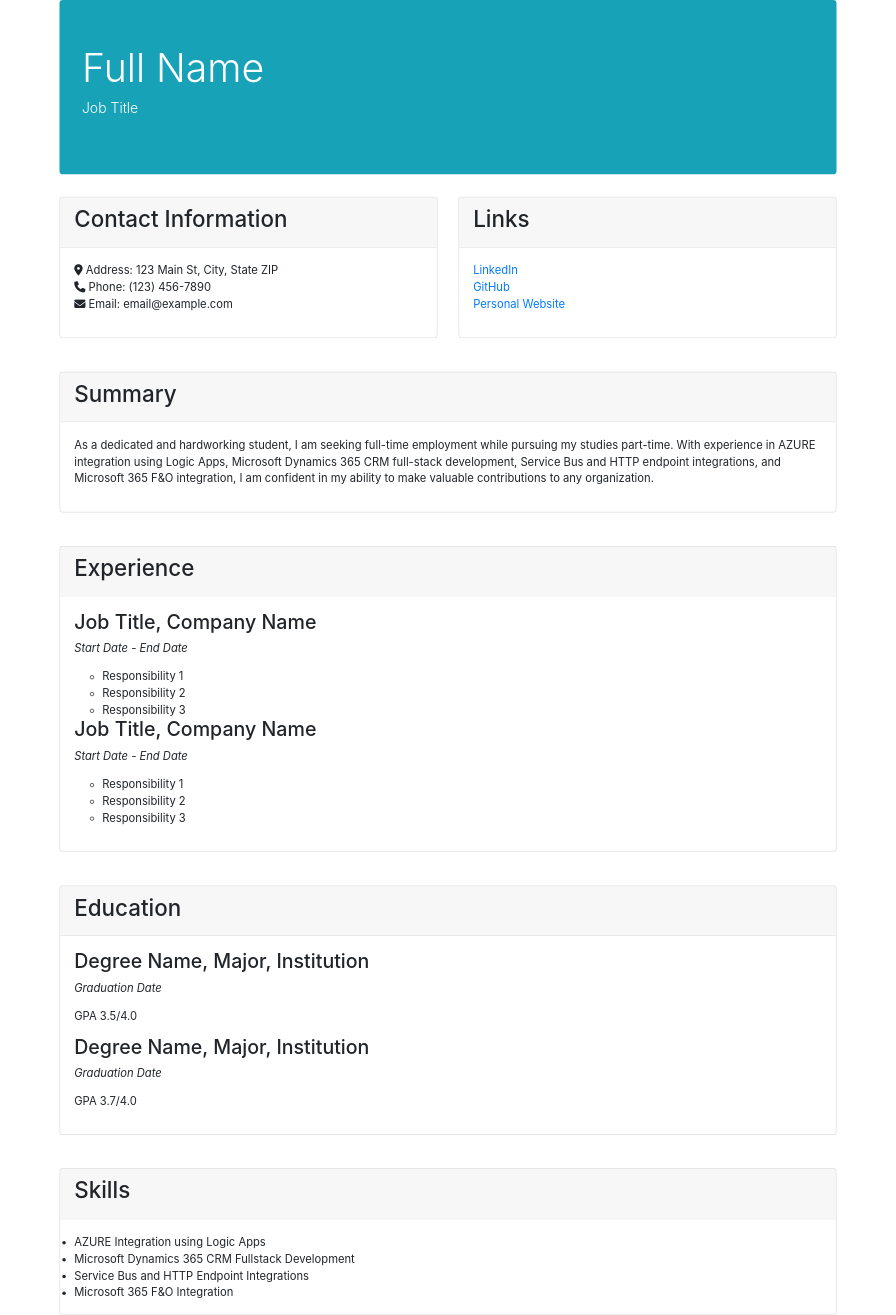
Repository: Git-it-right/Centrality
Page: cv.html
These files come from the project's save history. The page is drawn as it stood at one moment and after the next save; the edit follows.
The browser window is 1280 px wide. The pictures show the whole page, at 70% of full size.
Some web libraries are served in a nearby version.

Above is the page before, as saved 2023-04-17 11:43:53.

After the next save:
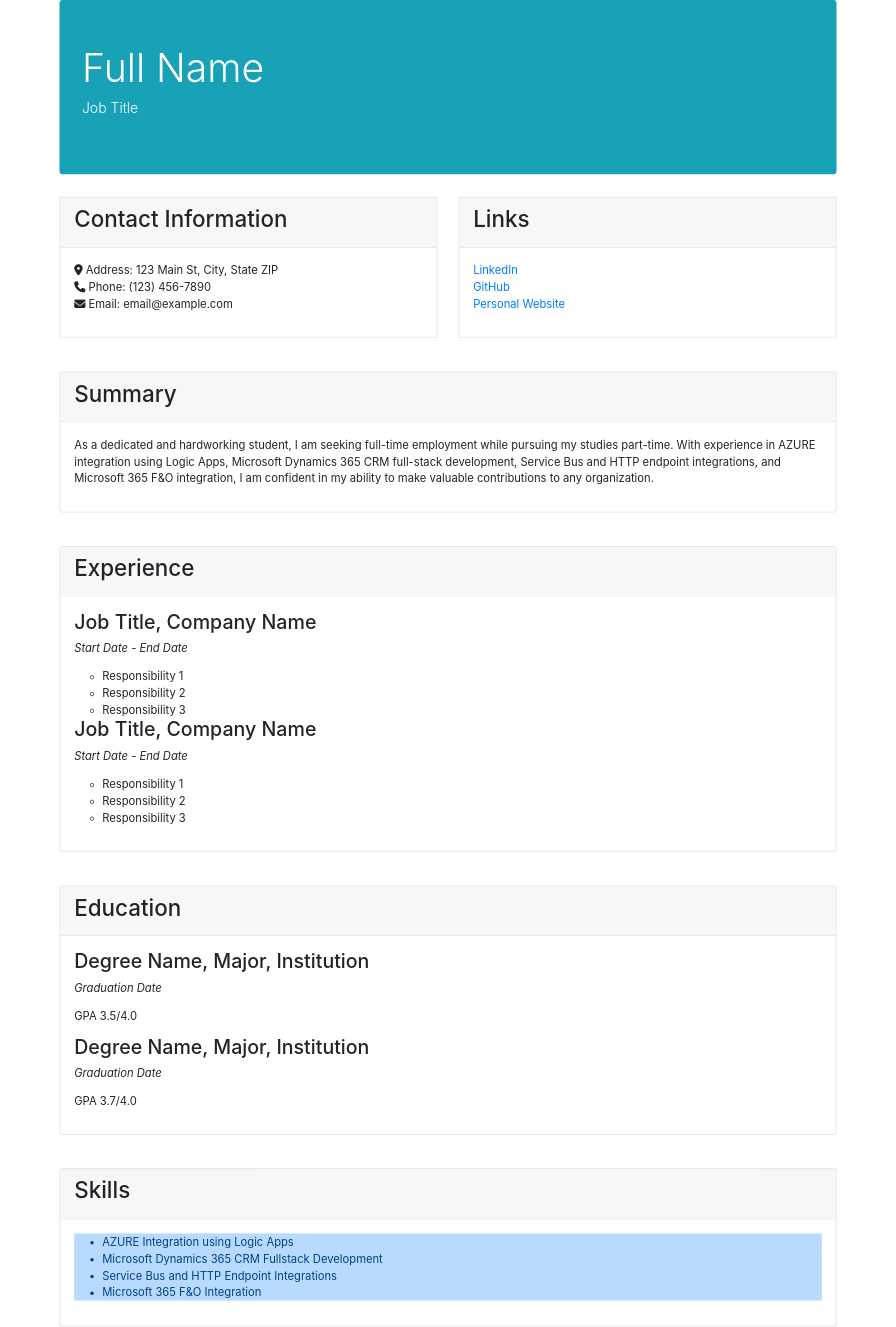
Saved 14 s later.
--- a/cv.html
+++ b/cv.html
@@ -121,7 +121,7 @@
                         <h2>Skills</h2>
                     </div>
                     <div class="card-body">
-                        <ul class="list-group">
+                        <ul class="list-group-item-primary">
                             <li>AZURE Integration using Logic Apps
                             </li>
                             <li>Microsoft Dynamics 365 CRM Fullstack Development
